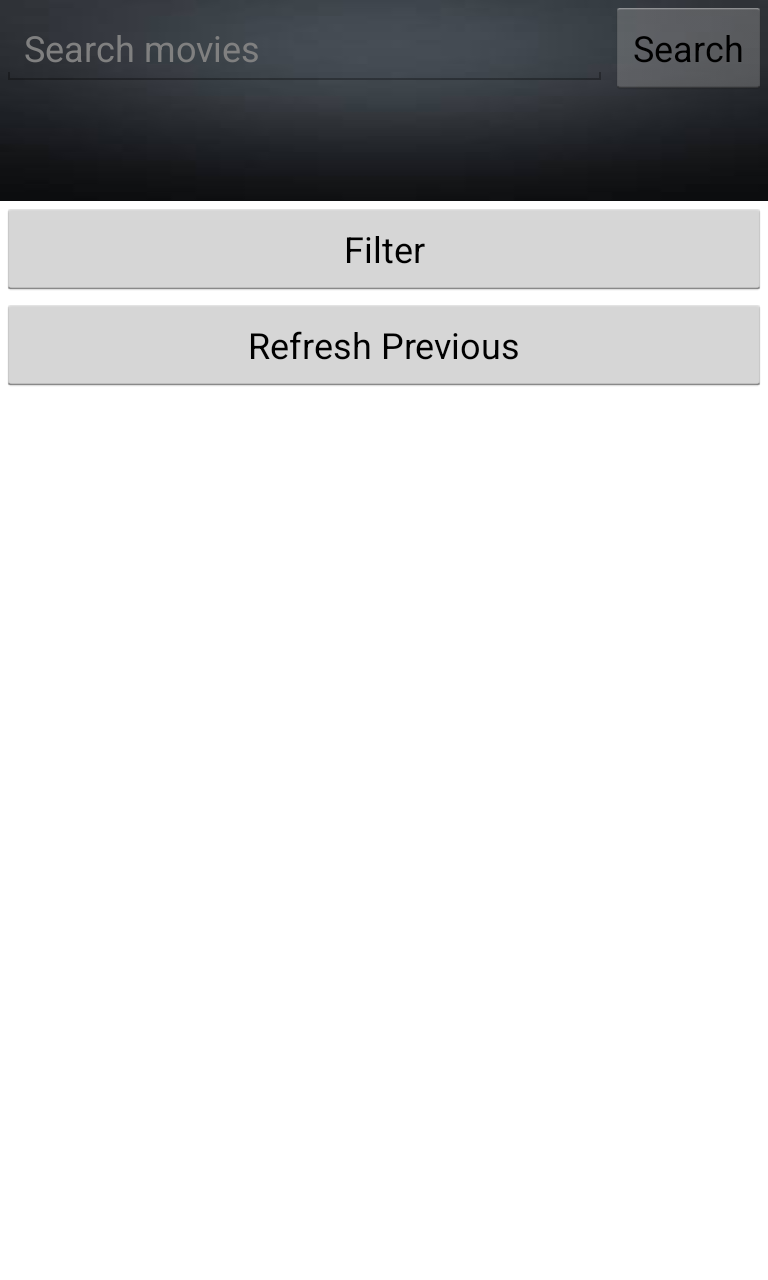
Repository: Tupling/Android-MovieDB
Layout: Java2_Android_App/MovieDB/res/layout/linear_layout.xml
These files come from the project's save history. The layout is drawn as it stood at one moment and after the next save; the edit follows.
It is drawn on a 768 x 1280 px phone screen (xhdpi) without system bars, with theme AppTheme; the app's code is not run. Lists and similar views that code fills are empty.

Above is the layout before, as saved 2013-12-07 23:01:54.

After the next save:
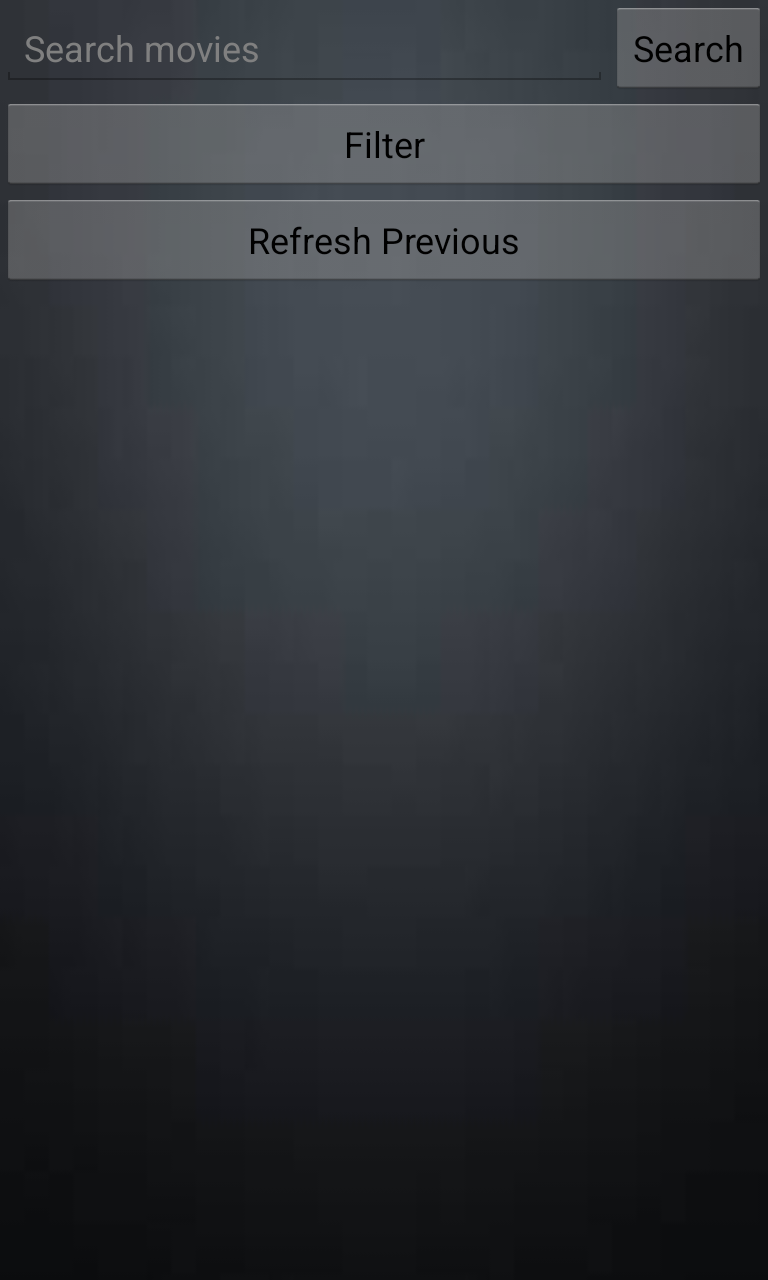
Saved 48 s later.
--- a/Java2_Android_App/MovieDB/res/layout/linear_layout.xml
+++ b/Java2_Android_App/MovieDB/res/layout/linear_layout.xml
@@ -2,13 +2,14 @@
 <LinearLayout xmlns:android="http://schemas.android.com/apk/res/android"
     android:layout_width="match_parent"
     android:layout_height="match_parent"
-    android:orientation="vertical" >
+    android:orientation="vertical"
+    android:background="@drawable/background">
 
     <LinearLayout
         android:layout_width="match_parent"
         android:layout_height="wrap_content"
         android:orientation="horizontal"
-        android:background="@drawable/background">
+        >
 
         <EditText
             android:id="@+id/search_input"
